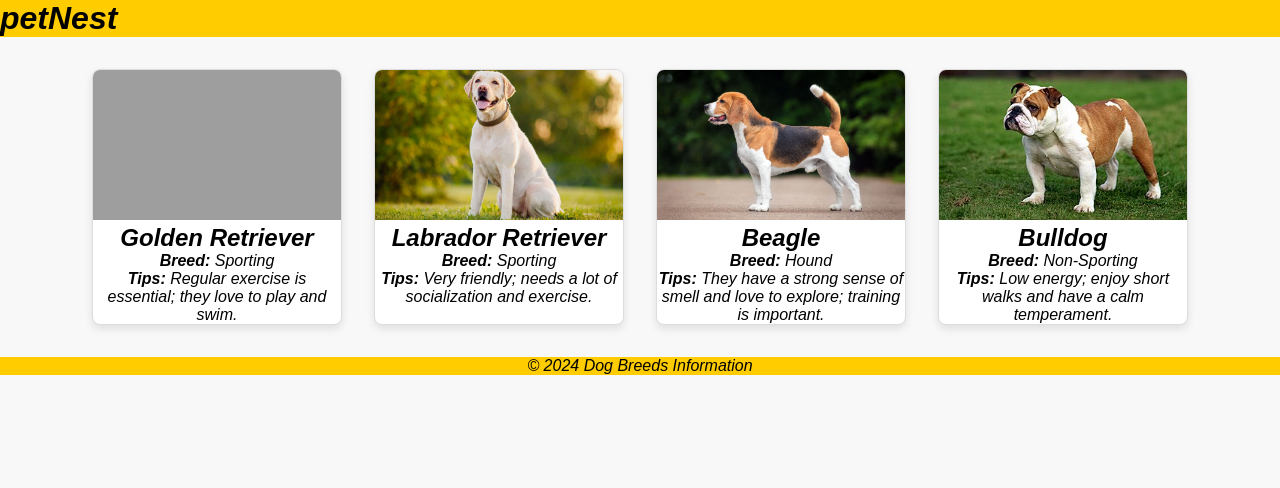
Repository: SHAHZADcodr/pet_care
Page: pages/dog.html
An editor plug-in stored every save of this project. The page is shown before and after the next save, followed by the edit.
The browser window is 1280 px wide. The pictures show the whole page.
Pictures or frames that could not be fetched are drawn as grey boxes.

Above is the page before, as saved 2024-11-04 22:19:29.

### pages/dog.html
<!DOCTYPE html>
<html lang="en">
<head>
    <meta charset="UTF-8">
    <meta name="viewport" content="width=device-width, initial-scale=1.0">
    <title>Dog Breeds</title>
    <link rel="stylesheet" href="dog.css"> <!-- Link to your CSS file -->
</head>
<body>
    <header>
        <h1 id="webName"><i><strong>petNest</strong></
            i></h1>
    </header>
    <main class="dog-breeds">
        <div class="dog-card">
            <img src="images/golden_retriever.jpg" alt="Golden Retriever">
            <h2>Golden Retriever</h2>
            <p><strong>Breed:</strong> Sporting</p>
            <p><strong>Tips:</strong> Regular exercise is essential; they love to play and swim.</p>
        </div>
        <div class="dog-card">
            <img src="images/labrador.jpg" alt="Labrador Retriever">
            <h2>Labrador Retriever</h2>
            <p><strong>Breed:</strong> Sporting</p>
            <p><strong>Tips:</strong> Very friendly; needs a lot of socialization and exercise.</p>
        </div>
        <div class="dog-card">
            <img src="images/beagle.jpg" alt="Beagle">
            <h2>Beagle</h2>
            <p><strong>Breed:</strong> Hound</p>
            <p><strong>Tips:</strong> They have a strong sense of smell and love to explore; training is important.</p>
        </div>
        <div class="dog-card">
            <img src="images/bulldog.jpg" alt="Bulldog">
            <h2>Bulldog</h2>
            <p><strong>Breed:</strong> Non-Sporting</p>
            <p><strong>Tips:</strong> Low energy; enjoy short walks and have a calm temperament.</p>
        </div>
        <!-- Add more dog cards as needed -->
    </main>
    <footer>
        <p>&copy; 2024 Dog Breeds Information</p>
    </footer>
</body>
</html>

### pages/dog.css
/* General Reset */
* {
    margin: 0;
    padding: 0;
    box-sizing: border-box;
}

/* Basic Layout */
body {
    font-family: Arial, sans-serif;
    display: flex;
    flex-direction: column;
    min-height: 100vh;
    background-color: #f8f8f8;
}

header {
    background-color: #ffcc00;
}

.dog-breeds {
    display: flex;
    flex-wrap: wrap;
    justify-content: center;
    padding: 1rem;
}

.dog-card {
    background-color: #fff;
    border: 1px solid #ddd;
    border-radius: 8px;
    box-shadow: 0 4px 8px rgba(0, 0, 0, 0.1);
    margin: 1rem;
    width: 250px; /* Fixed width for dog cards */
    text-align: center;
    overflow: hidden;
    transition: transform 0.2s;
}

.dog-card:hover {
    transform: scale(1.05); /* Slightly enlarge on hover */
}

.dog-card img {
    width: 100%;
    height: 150px; /* Set fixed height for images */
    object-fit: cover; /* Maintain aspect ratio */
}

footer {
    background-color: #ffcc00;
    text-align: center;
}

After the next save:
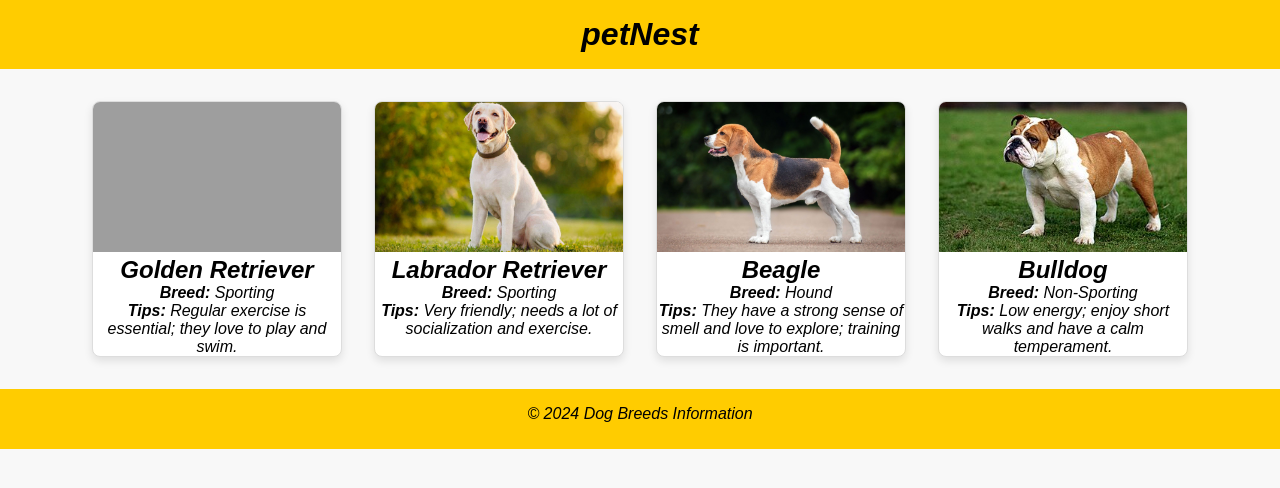
Saved 40 s later.
--- a/pages/dog.css
+++ b/pages/dog.css
@@ -10,12 +10,14 @@
     font-family: Arial, sans-serif;
     display: flex;
     flex-direction: column;
-    min-height: 100vh;
+    min-height: 100vh; /* Ensures body takes full height of the viewport */
     background-color: #f8f8f8;
 }
 
 header {
     background-color: #ffcc00;
+    padding: 1rem;
+    text-align: center;
 }
 
 .dog-breeds {
@@ -23,6 +25,7 @@
     flex-wrap: wrap;
     justify-content: center;
     padding: 1rem;
+    flex-grow: 1; /* Allows the main content to grow and push footer down */
 }
 
 .dog-card {
@@ -50,4 +53,8 @@
 footer {
     background-color: #ffcc00;
     text-align: center;
+    padding: 1rem;
+    margin-top: auto; /* Push footer to the bottom */
+    /* Optional: You can set a height for the footer if needed */
+    height: 60px; /* Fixed height for the footer */
 }
